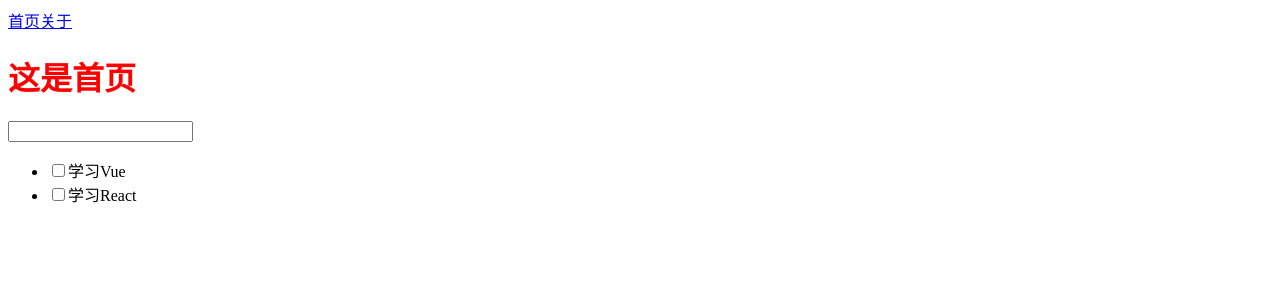
Repository: aiyoudiao/aiyou-vue3-example
Page: / (app in example-01/)
An editor plug-in stored every save of this project. The page is shown before and after the next save, followed by the edit.
The browser window is 1280 px wide. The pictures show the whole page.
The project was rebuilt for these pictures with package versions that can differ from the ones it lists, and the page was loaded fresh each time. Also part of the build but not shown: example-01/vite.config.js, example-01/src/pages/about.vue.

Above is the page before, as saved 2021-11-01 15:19:12.

### example-01/src/main.js
import { createApp } from 'vue'
import App from './App.vue'

import router from './router/index'

createApp(App).use(router).mount('#app')

### example-01/src/App.vue
<template>
  <div>
    <router-link to="/">首页</router-link>
    <router-link to="/about">关于</router-link>
  </div>
  <router-view></router-view>
</template>

### example-01/src/router/index.js
import {
    createRouter,
    createWebHashHistory
} from 'vue-router'

import Home from '../pages/home.vue'
import About from '../pages/about.vue'

const routes = [
    {
        path: '/',
        name: 'Home',
        component: Home,
    },
    {
        path: '/about',
        name: 'About',
        component: About,
    }
]

const router = createRouter({
    history: createWebHashHistory(),
    routes
})

export default router

### example-01/src/pages/home.vue
<template>
    <h1>这是首页</h1>
    <TodoList></TodoList>
</template>
<script setup>

import TodoList from '../components/TodoList.vue';
</script>

### example-01/src/components/TodoList.vue
<template>
    <div>
        <input type="text" v-model="title" @keydown.enter="addTodo" />
        <ul v-if="todos.length">
            <li v-for="todo in todos">
                <input type="checkbox" v-model="todo.done">
                <span :class="{done: todo.done}">{{todo.title}}</span>
            </li>
        </ul>
    </div>
</template>

<script setup>

import { ref } from 'vue';
let title = ref("")
let todos = ref([
    {title: '学习Vue', done: false},
    {title: '学习React', done: false},
])

function addTodo() {
    todos.value.push({
        title: title.value,
        done: false
    })
    title.value = ""
}

</script>

<style>
h1 {
    color: red;
}
</style>

Loaded but not shown: example-01/index.html (common file)

After the next save:
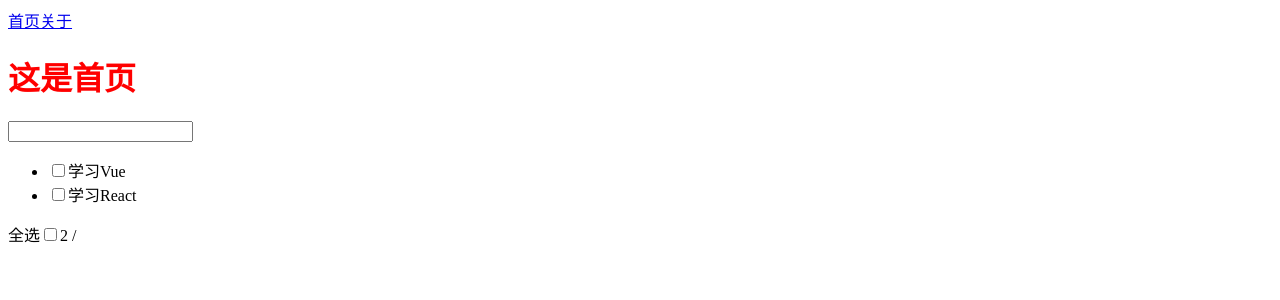
Saved 25 min 52 s later.
--- a/example-01/src/components/TodoList.vue
+++ b/example-01/src/components/TodoList.vue
@@ -1,18 +1,24 @@
 <template>
     <div>
         <input type="text" v-model="title" @keydown.enter="addTodo" />
+        <button v-if="active < all" @click="clear">清理</button>
         <ul v-if="todos.length">
             <li v-for="todo in todos">
                 <input type="checkbox" v-model="todo.done">
                 <span :class="{done: todo.done}">{{todo.title}}</span>
             </li>
         </ul>
+        <div v-else>暂无数据</div>
+        <div>
+            全选<input type="checkbox" v-model="allDone" />
+            <span>{{active}} / {{all}}</span>
+        </div>
     </div>
 </template>
 
 <script setup>
 
-import { ref } from 'vue';
+import { ref, computed } from 'vue';
 let title = ref("")
 let todos = ref([
     {title: '学习Vue', done: false},
@@ -27,6 +33,26 @@ function addTodo() {
     title.value = ""
 }
 
+function clear() {
+    todos.value = todos.value.filter((v) => !v.done)
+}
+
+let active = computed(() => {
+    return todos.value.filter((v) => !v.done).length
+})
+
+let all = computed(() => todos.value.value)
+let allDone = computed({
+    get: function () {
+        return active.value === 0
+    },
+    set: function(value) {
+        todos.value.forEach((todo) => {
+            todo.done = value
+        })
+    }
+})
+
 </script>
 
 <style>
